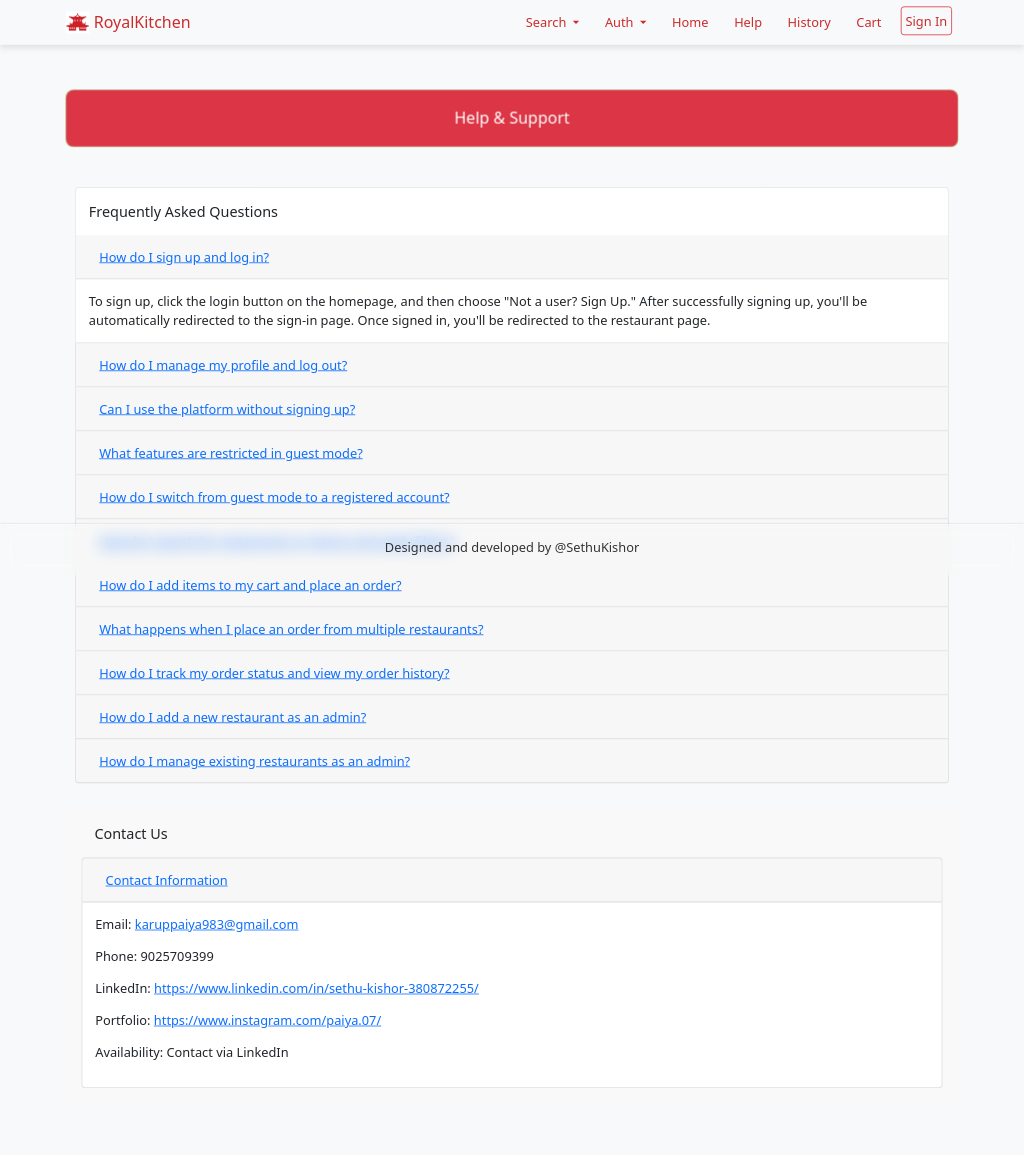
Repository: KARUPPAIYA77/Royal-Kitchen
Page: http://localhost/RoyalKitchen/help.jsp
The author's editor kept a copy of each file at every save. The page is drawn from the files as they stood at one save, then again after the next save.
The browser window is 1280 px wide. The pictures show the whole page, at 80% of full size.
Some web libraries are served in a nearby version. The page is served by Tomcat 9.

Above is the page before, as saved 2025-03-06 09:41:32.

After the next save:
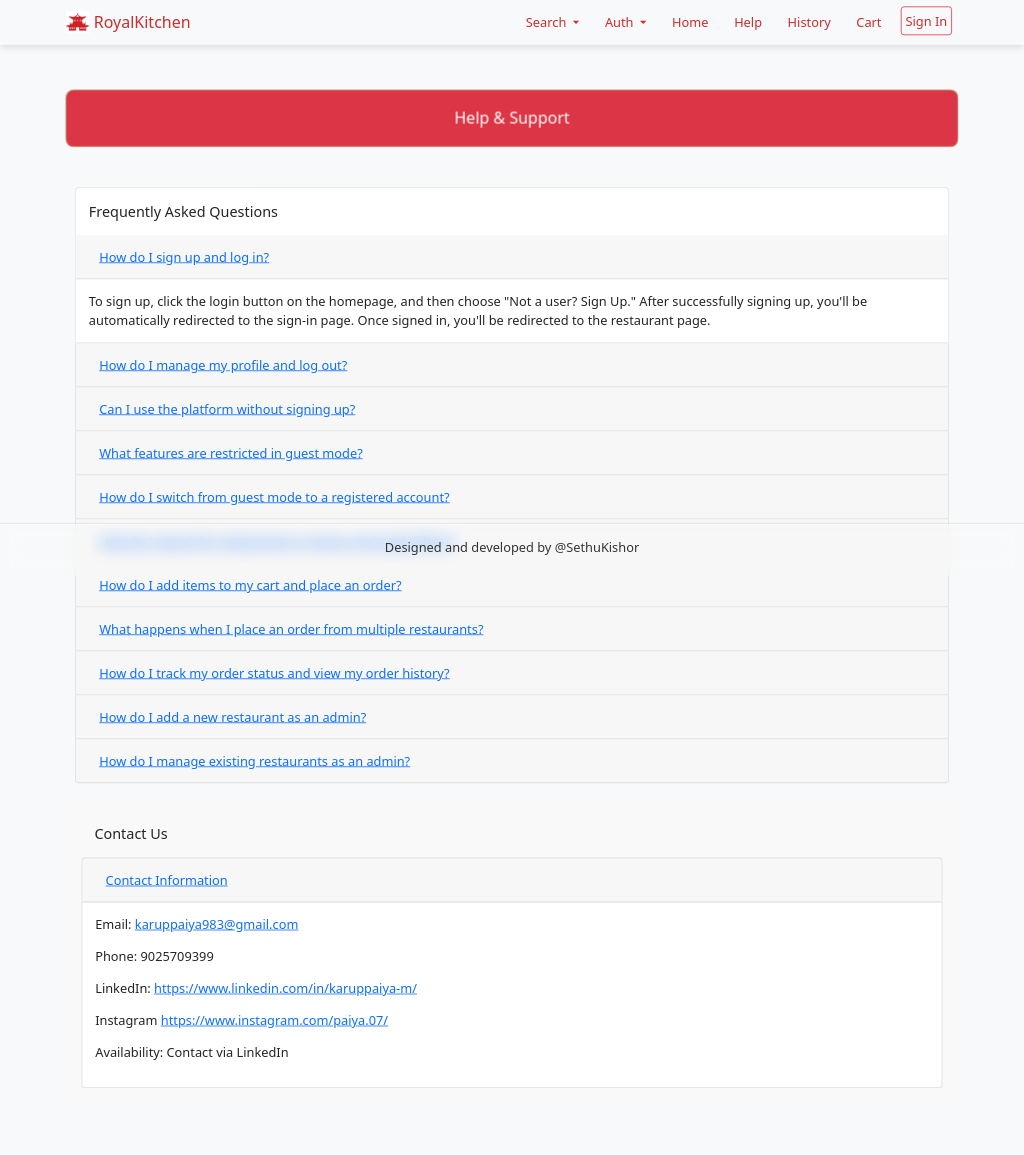
Saved 8 min 42 s later.
--- a/RoyalKitchen/src/main/webapp/help.jsp
+++ b/RoyalKitchen/src/main/webapp/help.jsp
@@ -271,10 +271,10 @@
 							<p>
 								LinkedIn: <a
 									href="https://www.linkedin.com/in/karuppaiya-m?utm_source=share&utm_campaign=share_via&utm_content=profile&utm_medium=android_app"
-									target="_blank">https://www.linkedin.com/in/sethu-kishor-380872255/</a>
+									target="_blank">https://www.linkedin.com/in/karuppaiya-m/</a>
 							</p>
 							<p>
-								Portfolio: <a href=https://www.instagram.com/paiya.07/"
+								Instagram <a href="https://www.instagram.com/paiya.07/"
 									target="_blank">https://www.instagram.com/paiya.07/</a>
 							</p>
 							<p>Availability: Contact via LinkedIn</p>
